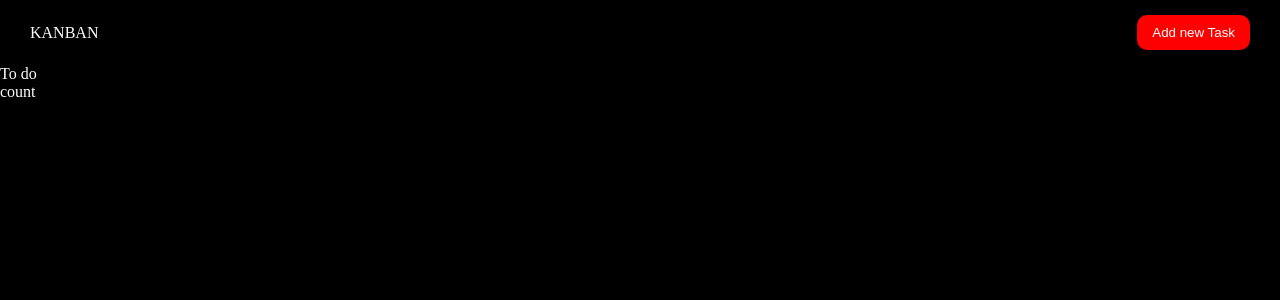
Repository: Sandeepji-5/Kanban-board
Page: index.html
The author's editor kept a copy of each file at every save. The page is drawn from the files as they stood at one save, then again after the next save.
The browser window is 1280 px wide. The pictures show the whole page.

Above is the page before, as saved 2025-12-08 17:55:39.

After the next save:
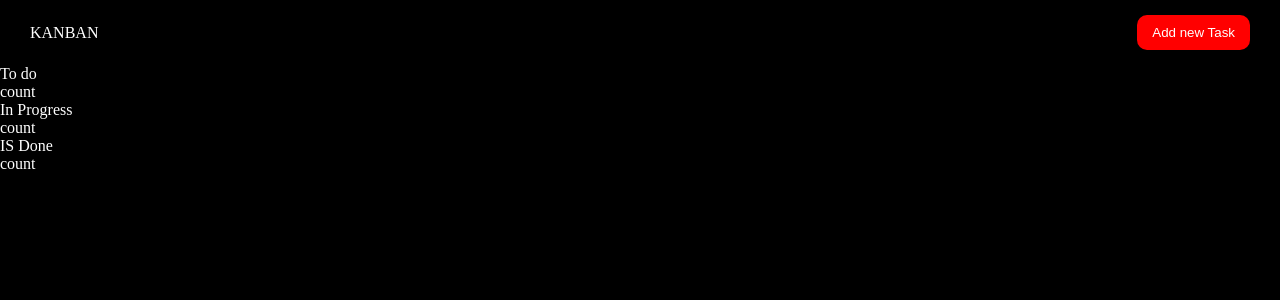
Saved 22 s later.
--- a/index.html
+++ b/index.html
@@ -21,14 +21,14 @@
             </div>
             <div class="time-column">
                 <div class="heading">
-                    <div class="left"></div>
-                    <div class="right"></div>
+                    <div class="left">In Progress</div>
+                    <div class="right">count</div>
                 </div>
             </div>
             <div class="time-column">
                 <div class="heading">
-                    <div class="left"></div>
-                    <div class="right"></div>
+                    <div class="left">IS Done </div>
+                    <div class="right"> count</div>
                 </div>
             </div>
         </section>
